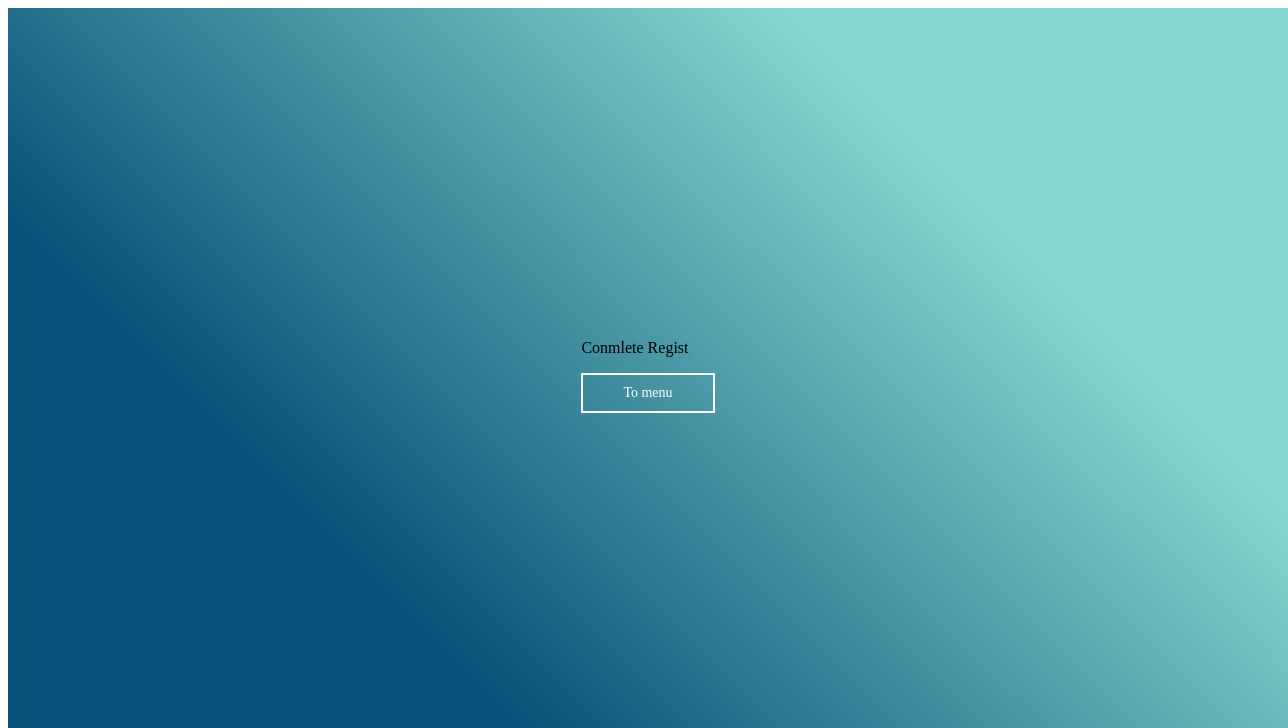
Repository: ysknsid25/mer
Page: http://localhost/library/view/regist_complete.jsp
These files come from the project's save history. The page is drawn as it stood at one moment and after the next save; the edit follows.
The browser window is 1280 px wide. The page is 1288 px wide, so the pictures cover 1288 px, including what lies to the right of the window. The pictures show the whole page.
The page is served by Tomcat 9. Other server files are loaded and not shown.

Above is the page before, as saved 2018-11-24 04:20:04.

### mer/library/WebContent/view/regist_complete.jsp
<%@ page language="java" contentType="text/html; charset=UTF-8"
	pageEncoding="UTF-8"%>
<%@page import="util.StringUtil"%>


<!DOCTYPE html PUBLIC "-//W3C//DTD HTML 4.01 Transitional//EN" "http://www.w3.org/TR/html4/loose.dtd">
<head>
<title>RegistComplete</title>
<link href='<%=StringUtil.MENUCSS%>' rel='stylesheet' type='text/css' />
<meta charset="<%=StringUtil.SET_ENCODING%>" />
<meta name="viewport" content="width=device-width, initial-scale=1.0" />
</head>


<body>
	<div class="container">
		<div id="login-form">
			<div id="box">


				<div>
					<p>Conmlete Regist</p>
				</div>

				<div class="btn">
					<a
						href="<%out.println(StringUtil.PAGE_MENU
					+ StringUtil.DOT + StringUtil.JSP_EXTENSION);%>">To
						menu</a>
				</div>


			</div>
		</div>
	</div>

</body>
</html>

### mer/library/WebContent/stylesheet/menu.css
html, body, .container {
  width: 100%;
  height: 100%;
}

.container {
  align-items: center;
  display: flex;
  justify-content: center;
  overflow: visible !important;
  background: -webkit-linear-gradient(45deg, #085078 25%, #85d8ce 75%);
  background: -moz-linear-gradient(45deg, #085078 25%, #85d8ce 75%);
  background: -ms-linear-gradient(45deg, #085078 25%, #85d8ce 75%);
  background: -o-linear-gradient(45deg, #085078 25%, #85d8ce 75%);
  background: linear-gradient(45deg, #085078 25%, #85d8ce 75%);

}

ul {
  list-style: none;
}

.btn-user{

  font-size: 14px;
  display: inline-block;
  padding: 10px 40px;
  transition: 0.2s;
  text-decoration: none;
  color: white;
  border: 2px solid white;
  border-radius: 5px;
  background: rgba( 192, 192, 192, 0.4 );

}

.btn a{

font-size: 14px;
display: inline-block;
padding: 10px 40px;
transition: 0.2s;
text-decoration: none;
color: white;
border: 2px solid white;
background: transparent;

}

.btn-tab .btn {

float: left;
margin: 0;

}

.btn-tab .btn a{

font-size: 12px;
border-radius: 0;

}

.btn-tab .btn:not(:last-child) a{

border-right: none;

}

.btn-tab .btn:first-child a {

border-radius: 5px 0 0 5px;

}

.btn-tab .btn:last-child a {

border-radius: 0 5px 5px 0;

}

.btn:hover{

background-color: white;
border-radius: 5px;

}

### mer/library/WebContent/stylesheet/input.css
@CHARSET "UTF-8";

html, body, .container {
  width: 100%;
  height: 100%;
}

.container,
.overlay:before{
  align-items: center;
  display: flex;
  justify-content: center;
  overflow: visible !important;
  background: -webkit-linear-gradient(45deg, #085078 25%, #85d8ce 75%);
  background: -moz-linear-gradient(45deg, #085078 25%, #85d8ce 75%);
  background: -ms-linear-gradient(45deg, #085078 25%, #85d8ce 75%);
  background: -o-linear-gradient(45deg, #085078 25%, #85d8ce 75%);
  background: linear-gradient(45deg, #085078 25%, #85d8ce 75%);

}

.container {
  align-items: center;
  display: flex;
  justify-content: center;

}

#box{

  padding: 30px 40px;
  transition: 0.2s;
  text-decoration: none;
  color: white;
  border: 2px solid white;
  border-radius: 10px;
  background-color: rgba( 192, 192, 192, 0.45 );

}

.overlay {
  max-height: 200px;
  margin: 0 auto;
  max-width: 768px;
  overflow: hidden;
  padding: 50px;
  position: relative;
  color: white;
  font-family: 'Lato';
  position: relative;
  text-align: center;
  z-index: 0;
  &:before {
    content: '';
    filter: blur(20px);
    height: 100%;
    left: 0;
    position: absolute;
    top: 0;
    width: 100%;
    z-index: -1;
  }
}


#login-form div input[type='text'],
#login-form div input[type='password']{

width: 20em;
padding: 0.5em 1em;
transition: 0.2s;
border: 2px solid #fff;
border-radius: 10px;
background: transparent;

}

#login-form div input[type='text']:hover,
#login-form div input[type='password']:hover{

border-color: #fff;
box-shadow: 0 0 10px rgba(0,100,115,0.9);

}

#login-form div input[type='text']:focus,
#login-form div input[type='password']:focus{

border-color: #fafa9d;
box-shadow: 0 0 10px rgba(250,250,157,0.8);

}

.btn a{

font-size: 14px;
display: inline-block;
position: relative;
left: 79px;
padding: 7px 20px;
transition: 0.2s;
text-decoration: none;
color: transparent;
border: none;
border-radius: 10px;
background-color: transparent;

}

.btn:hover a{

background-color: white;
color: black;
border-radius: 5px;

}


input::-webkit-input-placeholder{

color: rgba(255,255,255,0.5);

}

input:focus::-webkit-input-placeholder{

color: transparent;

}

input:-ms-input-placeholder{

color: rgba(255,255,255,0.5);

}

input:focus:-ms-input-placeholder{

color: transparent;

}

input::-moz-placeholder{

color: #fff;

}

input:focus::-moz-placeholder{

color: transparent;

}

#login-form div label{

position: absolute;
x-index: -1;
top: 0;
left: 0;
display: block;
padding: 0.5em 1em;
transition: 0.2s;
color: transparent;

}

#login-form div label.inputted{

-webkit-transform: translateX(-100%);
-ms-transform: translateX(-100%);
transform: translateX(-100%);
color: #fff;

}

#login-form div p.note{

font-size: 15px;
overflow: hidden;
max-height: 0;
margin-top: 0.5em;
transition: 0.2s;
text-align: left;
color: #ffffff;

}

#login-form div input[type='text']:focus ~ p.note,
#login-form div input[type='password']:focus ~ p.note{

max-height: 3em;
transition: 0.2s;

}

After the next save:
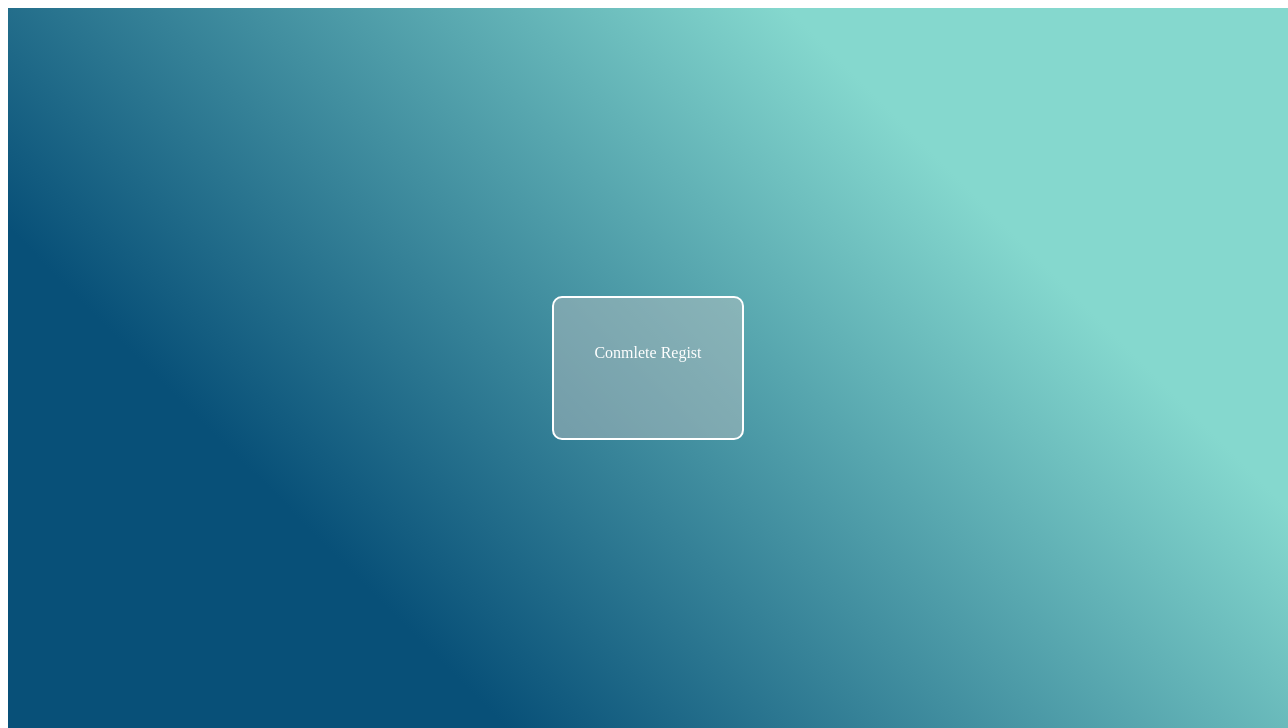
Saved 73 s later.
--- a/mer/library/WebContent/view/regist_complete.jsp
+++ b/mer/library/WebContent/view/regist_complete.jsp
@@ -6,7 +6,7 @@
 <!DOCTYPE html PUBLIC "-//W3C//DTD HTML 4.01 Transitional//EN" "http://www.w3.org/TR/html4/loose.dtd">
 <head>
 <title>RegistComplete</title>
-<link href='<%=StringUtil.MENUCSS%>' rel='stylesheet' type='text/css' />
+<link href='<%=StringUtil.CONTEXTPATH + StringUtil.INPUTCSS%>' rel='stylesheet' type='text/css' />
 <meta charset="<%=StringUtil.SET_ENCODING%>" />
 <meta name="viewport" content="width=device-width, initial-scale=1.0" />
 </head>
